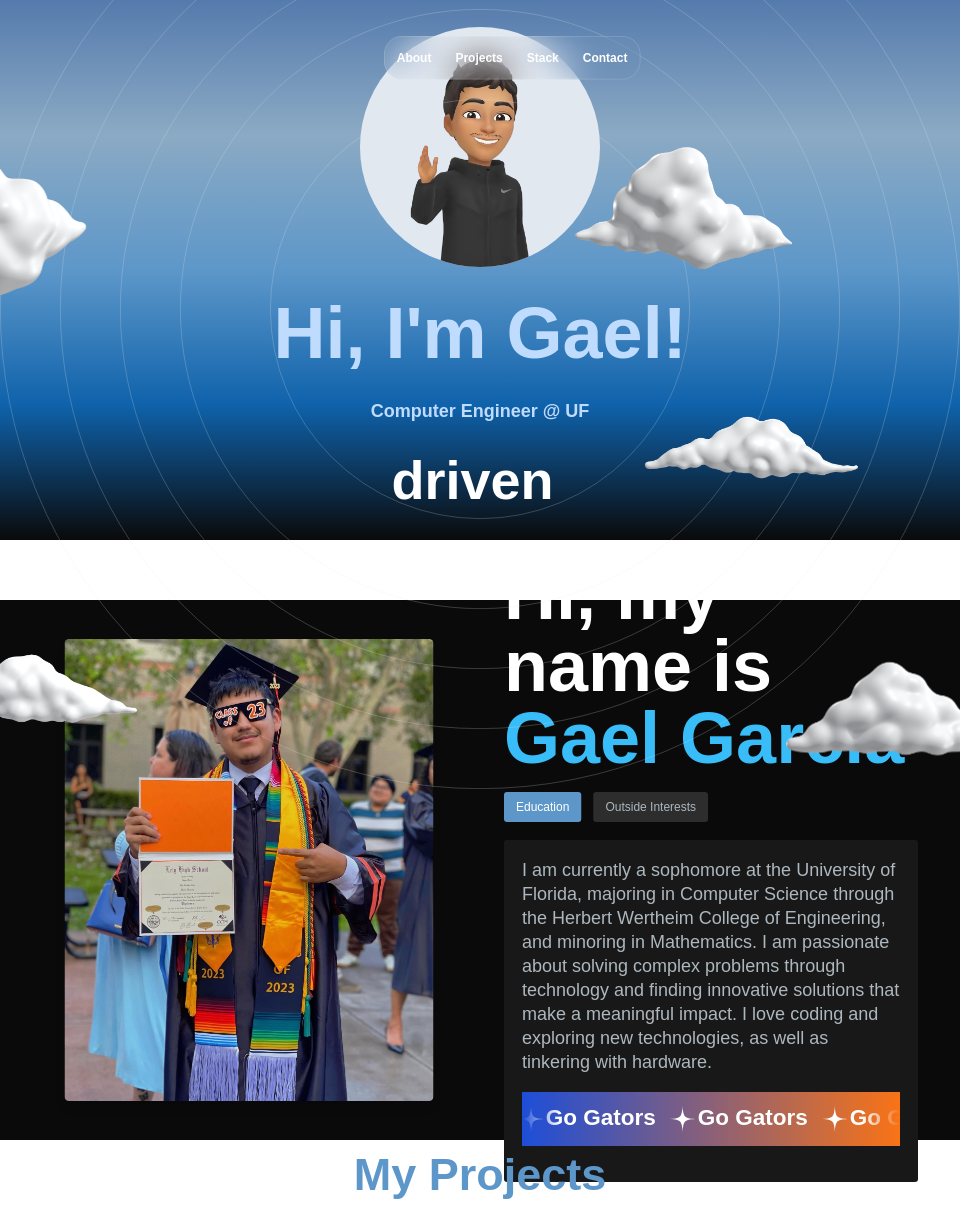
Repository: GG1627/2d-portfolio
Page: /
The author's editor kept a copy of each file at every save. The page is drawn from the files as they stood at one save, then again after the next save.
The browser window is 1280 px wide. The pictures show the part of the page from y = 0 to 1636 px (the page is 5640 px tall), at 75% of full size.
Pictures or frames that could not be fetched are drawn as grey boxes. The project was rebuilt for these pictures with package versions that can differ from the ones it lists, and the page was loaded fresh each time. The framework's server and built-in components were replaced by stand-ins that run in the browser. Also part of the build but not shown: next.config.ts.

Above is the page before, as saved 2025-01-08 13:07:43.

### app/page.tsx
import { Hero } from "./sections/Hero";
import { Stack } from "./sections/Stack";
import { Projects } from "./sections/Projects";
import { Navbar } from "./sections/Navbar";
import About from "./sections/About";
import { Contact } from "./sections/Contact";

export default function Home() {
  return (
    <div>
      <Navbar />
      <Hero />
      <About />
      <Projects />
      <Stack />
      <Contact />
    </div>
  );
}

### app/globals.css
@tailwind base;
@tailwind components;
@tailwind utilities;

:root {
  --background: #ffffff;
  --foreground: #171717;
}

@media (prefers-color-scheme: dark) {
  :root {
    --background: #0a0a0a;
    --foreground: #ededed;
  }
}

body {
  color: var(--foreground);
  background: var(--background);
  font-family: Arial, Helvetica, sans-serif;
}

/* Custom Animation for Sliding Text */
@keyframes move-left {
  0% {
    transform: translateX(0%);
  }
  100% {
    transform: translateX(-50%);
  }
}

.animate-slide-left {
  animation: move-left 10s linear infinite;
}

### app/sections/Hero.tsx
"use client";
import Image from "next/image";
import { TypeAnimation } from "react-type-animation";
import React from "react";
import ParallaxClouds from "../components/Clouds";
import Avatar from "./../assets/avatar.png";

export const Hero = () => {
  return (
    <div
      style={{
        background:
          "linear-gradient(180deg, #557BAD, #8BAAC4, #5D97C9, #0F62AB, #0a0a0a)",
      }}
      className="overflow-x-clip min-h-screen pb-2 flex items-center justify-center relative"
    >
      <div className="container mx-auto space-y-10 flex items-center justify-center flex-col text-center">
        <div className="w-[320px] h-[320px] rounded-full overflow-hidden bg-slate-200">
          <Image
            src={Avatar}
            alt="avatar"
            className="object-cover"
            width={320}
            height={320}
          />
        </div>
        <h1 className="text-blue-200 font-extrabold text-8xl">Hi, I'm Gael!</h1>
        <p className="text-blue-200 text-2xl font-semibold max-w-[500px]">
          Computer Engineer @ UF
        </p>
        <TypeAnimation
          className="text-7xl text-white inline-block font-extrabold"
          wrapper="h1"
          cursor={true}
          repeat={Infinity}
          sequence={[
            "leader",
            1000,
            "creative",
            1000,
            "passionate",
            1000,
            "driven",
            1000,
            "adaptable",
            1000,
            "ambitious",
            1000,
          ]}
        />
        <ParallaxClouds />
      </div>
    </div>
  );
};

### app/sections/Stack.tsx
"use client";
import React, { useEffect } from "react";
import {
  SiReact,
  SiNodedotjs,
  SiCplusplus,
  SiPython,
  SiThreedotjs,
  SiNextdotjs,
  SiFirebase,
  SiRedux,
  SiJavascript,
  SiTypescript,
} from "react-icons/si";
import { motion, useAnimation } from "framer-motion";
import { useInView } from "react-intersection-observer";

const stackItems = [
  {
    id: 1,
    name: "C++",
    icon: <SiCplusplus size={100} />,
    color: "text-sky-400",
  },
  {
    id: 2,
    name: "Python",
    icon: <SiPython size={100} />,
    color: "text-sky-400",
  },
  {
    id: 3,
    name: "JavaScript",
    icon: <SiJavascript size={100} />,
    color: "text-sky-400",
  },
  {
    id: 4,
    name: "TypeScript",
    icon: <SiTypescript size={100} />,
    color: "text-sky-400",
  },
  {
    id: 5,
    name: "React",
    icon: <SiReact size={100} />,
    color: "text-sky-400",
  },
  {
    id: 6,
    name: "Node.js",
    icon: <SiNodedotjs size={100} />,
    color: "text-sky-400",
  },
  {
    id: 7,
    name: "Three.js",
    icon: <SiThreedotjs size={100} />,
    color: "text-sky-400",
  },
  {
    id: 8,
    name: "Next.js",
    icon: <SiNextdotjs size={100} />,
    color: "text-sky-400",
  },
  {
    id: 9,
    name: "Firebase",
    icon: <SiFirebase size={100} />,
    color: "text-sky-400",
  },
  {
    id: 10,
    name: "Redux",
    icon: <SiRedux size={100} />,
    color: "text-sky-400",
  },
];

const itemVariants = {
  hidden: (index: number) => ({
    opacity: 0,
    x: index % 2 === 0 ? -100 : 100,
  }),
  visible: {
    opacity: 1,
    x: 0,
    transition: {
      duration: 3,
    },
  },
};

export const Stack = () => {
  const controls = useAnimation();
  const [ref, inView] = useInView({
    threshold: 0.1,
  });

  useEffect(() => {
    if (inView) {
      controls.start("visible");
    } else {
      controls.start("hidden");
    }
  }, [controls, inView]);

  return (
    <section className="">
      <div className=" max-w-[250px] mx-auto text-center">
        <h2 className="text-7xl text-gray-200 font-bold mb-10">My Stack</h2>
        <div className="grid gap-8" ref={ref}>
          {stackItems.map((item, index) => (
            <motion.div
              key={item.id}
              custom={index}
              initial="hidden"
              animate={controls}
              variants={itemVariants}
              className="bg-white/10 flex justify-center items-center flex-row rounded-xl shadow-lg p-4 hover:shadow-2xl"
            >
              <div className={`mb-4 ${item.color}`}>{item.icon}</div>
              <p className="text-white/20 text-3xl transform rotate-[-90deg]">
                {item.name}
              </p>
            </motion.div>
          ))}
        </div>
      </div>
    </section>
  );
};

### app/sections/Projects.tsx
import React from "react";
import ProjectCard from "../components/ProjectCard";

const projectsData = [
  {
    id: 1,
    title: "3D Portfolio",
    description:
      "An immersive, fully interactive 3D portfolio that seamlessly integrates 2D elements, providing a dynamic and engaging experience for users to explore the app in a visually compelling environment.",
    image: "images/netflix.png",
    tag: ["All", "Web"],
    gitUrl: "/",
    previewUrl: "/",
    tools: [
      "TypeScript",
      "React",
      "React-Three-Fiber",
      "Three.js",
      "GSAP",
      "HTML",
      "CSS",
    ],
  },
  {
    id: 2,
    title: "2D Portfolio",
    description:
      "A dynamic portfolio featuring engaging animations, designed to serve as a 2D component within my 3D portfolio project.",
    image: "images/netflix.png",
    tag: ["All", "Web"],
    gitUrl: "/",
    previewUrl: "/",
    tools: [
      "TypeScript",
      "React",
      "Next.js",
      "Framer Motion",
      "Parallax",
      "HTML",
      "Tailwind CSS",
      "Vercel",
    ],
  },
  {
    id: 3,
    title: "Netflix Clone",
    description:
      "Developed a fully functional Netflix clone with user authentication, movie browsing, subscription management, and recurring payments, delivering an immersive streaming experience.",
    image: "images/netflix.png",
    tag: ["All", "Web"],
    gitUrl: "https://github.com/GG1627/Netflix-clone",
    previewUrl: "https://movieappv2-8361c.web.app/",
    tools: [
      "JavaScript",
      "React",
      "Redux",
      "Firebase",
      "Stripe",
      "API",
      "HTML",
      "CSS",
    ],
  },
  {
    id: 4,
    title: "Game Twin",
    description:
      "Developed a web application that uses Quick Sort and Cocktail Sort algorithms to provide personalized video game recommendations based on parameters such as Metacritic ratings and achievements, leveraging a dataset of over 470,000 games.",
    image: "images/gameTwin.png",
    tag: ["All", "Web"],
    gitUrl: "https://github.com/GG1627/Game-Twin",
    previewUrl: "https://game-twin.onrender.com/",
    tools: ["C++", "Python", "Django", "Flask", "HTML", "CSS"],
  },
  {
    id: 5,
    title: "Manim Data Structures",
    description:
      "Collaborating on an open-source project to develop a Python plugin with the Manim library for animating and visualizing data structures, enhancing the understanding of complex algorithms.",
    image: "images/manim.png",
    tag: ["All", "Web"],
    gitUrl: "https://github.com/ufosc/manim-data-structures",
    previewUrl: "",
    tools: ["Python", "Manim", "Mobjects"],
  },
  {
    id: 6,
    title: "Minesweeper",
    description:
      "Recreated the classic Minesweeper game with full functionality, including a timer, mine count, flag placement, and leaderboard, offering an engaging and complete user experience.",
    image: "images/minesweeper.png",
    tag: ["All", "Web"],
    gitUrl: "https://github.com/GG1627/MineSweeper",
    previewUrl: "",
    tools: ["C++", "SFML", "Chronos"],
  },
];

export const Projects = () => {
  return (
    <>
      <h2 className="text-center text-6xl font-bold text-[#5D97C9] mt-4 mb-10">
        My Projects
      </h2>
      <div className="grid md:grid-cols-3 gap-8 md:gap-12 px-10">
        {projectsData.map((project) => (
          <ProjectCard
            key={project.id}
            title={project.title}
            description={project.description}
            imgUrl={project.image}
            gitUrl={project.gitUrl}
            previewUrl={project.previewUrl}
            tools={project.tools}
          />
        ))}
      </div>
    </>
  );
};

### app/sections/Navbar.tsx
"use client";
import React, { useState } from "react";
import { AiOutlineMenu, AiOutlineClose } from "react-icons/ai";
import { motion } from "framer-motion";

const navLinks = [
  { title: "About", path: "#about" },
  { title: "Projects", path: "#Projects" },
  { title: "Stack", path: "#Stack" },
  { title: "Contact", path: "#Contact" },
];

export const Navbar = () => {
  const [nav, setNav] = useState(false);

  const toggleNav = () => {
    setNav(!nav);
  };

  const closeNav = () => {
    setNav(false);
  };

  const menuVariants = {
    open: {
      x: 0,
      transition: {
        stiffness: 20,
        damping: 15,
      },
    },
    close: {
      x: "-100%",
      transition: {
        stiffness: 20,
        damping: 15,
      },
    },
  };

  return (
    <div className="z-50 fixed left-[40%] text-white font-bold">
      <div className="border border-white/20 mt-12 backdrop-blur-xl rounded-3xl hidden md:flex items-center justify-center p-2 max-w-[400px] mx-auto">
        <ul className="flex flex-row p-2 space-x-8">
          {navLinks.map((link, index) => (
            <li key={index}>
              <a
                href={link.path}
                className="transform hover:skew-x-12 hover:text-white/50 transition-all duration-300 ease-in-out"
              >
                {link.title}
              </a>
            </li>
          ))}
        </ul>
      </div>

      <div
        onClick={toggleNav}
        className="z-50 md:hidden absolute top-5 left-5 border rounded text-white/70 border-white/70 p-2"
      >
        {nav ? <AiOutlineClose size={30} /> : <AiOutlineMenu size={30} />}
      </div>

      <motion.div
        initial={false}
        animate={nav ? "open" : "closed"}
        variants={menuVariants}
        className="fixed left-0 top-0 w-full h-full bg-black/90 hidden md:hidden"
      >
        <ul className="flex flex-col items-center justify-center space-y-8 h-full">
          {navLinks.map((link, index) => (
            <li key={index}>
              <a href={link.path} onClick={closeNav} className="text-5xl">
                {link.title}
              </a>
            </li>
          ))}
        </ul>
      </motion.div>
    </div>
  );
};

### app/sections/About.tsx
"use client";
import React, { Fragment, useState } from "react";
import StarIcon from "../assets/star.svg";

const About: React.FC = () => {
  const slidingText = [
    "Go Gators",
    "Go Gators",
    "Go Gators",
    "Go Gators",
    "Go Gators",
    "Go Gators",
    "Go Gators",
  ];

  const [activeTab, setActiveTab] = useState<"education" | "interests">(
    "education"
  );

  const handleTabClick = (tab: "education" | "interests") => {
    setActiveTab(tab);
  };

  return (
    <div className="h-screen flex flex-col md:flex-row p-6 bg-[#0a0a0a] text-white mt-20">
      {/* Left Section: Profile Picture */}
      <div className="flex-grow md:flex-grow-0 md:basis-1/2 flex items-center justify-center">
        <img
          src="/images/pic.jpg"
          alt="Gael's Picture"
          className="w-[90%] h-auto md:w-[80%] md:h-auto rounded-md object-cover shadow-lg"
        />
      </div>

      {/* Right Section: Content */}
      <div className="flex-grow md:basis-1/2 flex flex-col justify-center items-start p-8">
        {/* Greeting */}
        <h1 className="text-8xl font-bold mb-6">
          Hi, my name is
          <span className="text-sky-400"> Gael Garcia</span>
        </h1>

        {/* Tabs */}
        <div className="flex space-x-4 mb-6 ">
          <button
            className={`px-4 py-2 rounded ${
              activeTab === "education"
                ? "bg-[#5D97C9] text-white"
                : "bg-[#2D2D2D] text-[#ADB7BE]"
            }`}
            onClick={() => handleTabClick("education")}
          >
            Education
          </button>
          <button
            className={`px-4 py-2 rounded ${
              activeTab === "interests"
                ? "bg-[#5D97C9] text-white"
                : "bg-[#2D2D2D] text-[#ADB7BE]"
            }`}
            onClick={() => handleTabClick("interests")}
          >
            Outside Interests
          </button>
        </div>

        {/* Tab Content */}
        <div className="p-6 rounded bg-[#181818] w-full">
          {activeTab === "education" ? (
            <div>
              <p className="text-[#ADB7BE] text-2xl">
                I am currently a sophomore at the University of Florida,
                majoring in Computer Science through the Herbert Wertheim
                College of Engineering, and minoring in Mathematics. I am
                passionate about solving complex problems through technology and
                finding innovative solutions that make a meaningful impact. I
                love coding and exploring new technologies, as well as tinkering
                with hardware.
              </p>

              <div className="py-6">
                <div className="bg-gradient-to-r from-blue-700 to-orange-500 overflow-x-clip">
                  <div
                    className="flex"
                    style={{
                      WebkitMaskImage:
                        "linear-gradient(to right, transparent, black 10%, black 90%, transparent)",
                      maskImage:
                        "linear-gradient(to right, transparent, black 10%, black 90%, transparent)",
                    }}
                  >
                    <div className="flex-none gap-4 py-4 items-center justify-center animate-move-left">
                      {[...new Array(2)].fill(0).map((_, idx) => (
                        <Fragment key={idx}>
                          {slidingText.map((text, index) => (
                            <div key={index} className="inline-flex gap-4">
                              <span
                                key={index}
                                className="text-white font-semibold text-3xl"
                              >
                                {text}
                              </span>
                              <StarIcon className="size-10 text-white" />
                            </div>
                          ))}
                        </Fragment>
                      ))}
                    </div>
                  </div>
                </div>
              </div>
            </div>
          ) : (
            <div>
              <p className="text-[#ADB7BE] text-xl">
                Outside of my studies, I enjoy playing pickleball, eating tacos,
                and watching soccer. Music is a big part of my life, and I love
                discovering new songs and artists that match my mood. Spending
                quality time with friends and family is also something I deeply
                value, whether it's sharing a meal, watching a game, or just
                catching up on life.
              </p>
            </div>
          )}
        </div>
      </div>
    </div>
  );
};

export default About;

### app/sections/Contact.tsx
export const Contact = () => {
  return <div className="w-full h-screen">Contact</div>;
};

### app/components/ProjectCard.tsx
"use client";
import React from "react";
import { CodeBracketIcon, EyeIcon } from "@heroicons/react/24/outline";
import Link from "next/link";

interface ProjectCardProps {
  imgUrl: string;
  title: string;
  description: string;
  gitUrl: string;
  previewUrl: string;
  tools: string[]; // tools as an array of strings
}

const ProjectCard: React.FC<ProjectCardProps> = ({
  imgUrl,
  title,
  description,
  gitUrl,
  previewUrl,
  tools,
}) => {
  return (
    <div>
      <div
        className="h-52 md:h-72 rounded-t-xl relative group"
        style={{ background: `url(${imgUrl})`, backgroundSize: "cover" }}
      >
        <div className="overlay items-center justify-center absolute top-0 left-0 w-full h-full bg-[#181818] bg-opacity-0 hidden group-hover:flex group-hover:bg-opacity-80 transition-all duration-500">
          <Link
            href={gitUrl}
            className="h-14 mr-2 w-14 border-2 relative rounded-full border-[#ADB7BE] hover:border-white group/link"
          >
            <CodeBracketIcon className="h-10 w-10 text-[#ADB7BE] absolute top-1/2 left-1/2 transform -translate-x-1/2 -translate-y-1/2 cursor-pointer group-hover/link:text-white" />
          </Link>
          {previewUrl && (
            <Link
              href={previewUrl}
              className="h-14 w-14 border-2 relative rounded-full border-[#ADB7BE] hover:border-white group/link"
            >
              <EyeIcon className="h-10 w-10 text-[#ADB7BE] absolute top-1/2 left-1/2 transform -translate-x-1/2 -translate-y-1/2 cursor-pointer group-hover/link:text-white" />
            </Link>
          )}
        </div>
      </div>
      <div className="text-white rounded-b-xl mt-2 bg-[#0a0a0a] py-6 px-4">
        <h5 className="text-xl font-semibold mb-2 text-[#5D97C9]">{title}</h5>
        <p className="text-[#ADB7BE]">{description}</p>
        {/* Tools section */}
        <div className="mt-4">
          <h6 className="text-[#ADB7BE] font-semibold mb-2">Tools Used:</h6>
          <div className="flex flex-wrap gap-2">
            {tools.map((tool, index) => (
              <span
                key={index}
                className="bg-[#5D97C9] bg-opacity-[10%] text-[#5D97C9] px-4 py-1 rounded-full text-sm"
              >
                {tool}
              </span>
            ))}
          </div>
        </div>
      </div>
    </div>
  );
};

export default ProjectCard;

### app/components/Circles.tsx
export const Circles = () => {
  return (
    <>
      <div className="aspect-square absolute opacity-30 top-1/2 left-1/2 w-[60rem] border rounded-full -translate-x-1/2 -translate-y-1/2"></div>
      <div className="aspect-square absolute opacity-30 top-1/2 left-1/2 w-[50rem] border rounded-full -translate-x-1/2 -translate-y-1/2"></div>
      <div className="aspect-square absolute opacity-30 top-1/2 left-1/2 w-[35rem] border rounded-full -translate-x-1/2 -translate-y-1/2"></div>
      {/* <div className="aspect-square absolute opacity-30 top-1/2 left-1/2 w-[20rem] border rounded-full -translate-x-1/2 -translate-y-1/2"></div> */}
      <div className="aspect-square absolute opacity-30 top-1/2 left-1/2 w-[70rem] border rounded-full -translate-x-1/2 -translate-y-1/2"></div>
      <div className="aspect-square absolute opacity-30 top-1/2 left-1/2 w-[80rem] border rounded-full -translate-x-1/2 -translate-y-1/2"></div>
    </>
  );
};

### tailwind.config.ts
import type { Config } from "tailwindcss";

export default {
  content: [
    "./pages/**/*.{js,ts,jsx,tsx,mdx}",
    "./components/**/*.{js,ts,jsx,tsx,mdx}",
    "./app/**/*.{js,ts,jsx,tsx,mdx}",
  ],
  theme: {
    extend: {
      colors: {
        background: "var(--background)",
        foreground: "var(--foreground)",
      },
      animation: {
        "move-left": "move-left 10s linear infinite",
      },

      keyframes: {
        "move-left": {
          "0%": {
            transform: "translateX(0%)",
          },
          "100%": {
            transform: "translateX(-50%)",
          },
        },
      },
    },
    screens: {
      sm: "640px",
      md: "768px",
      lg: "1024px",
      xl: "1280px",
    },
  },
  plugins: [],
} satisfies Config;

Loaded but not shown: app/layout.tsx (common file); app/components/Clouds.tsx (129 lines, source omitted)

After the next save:
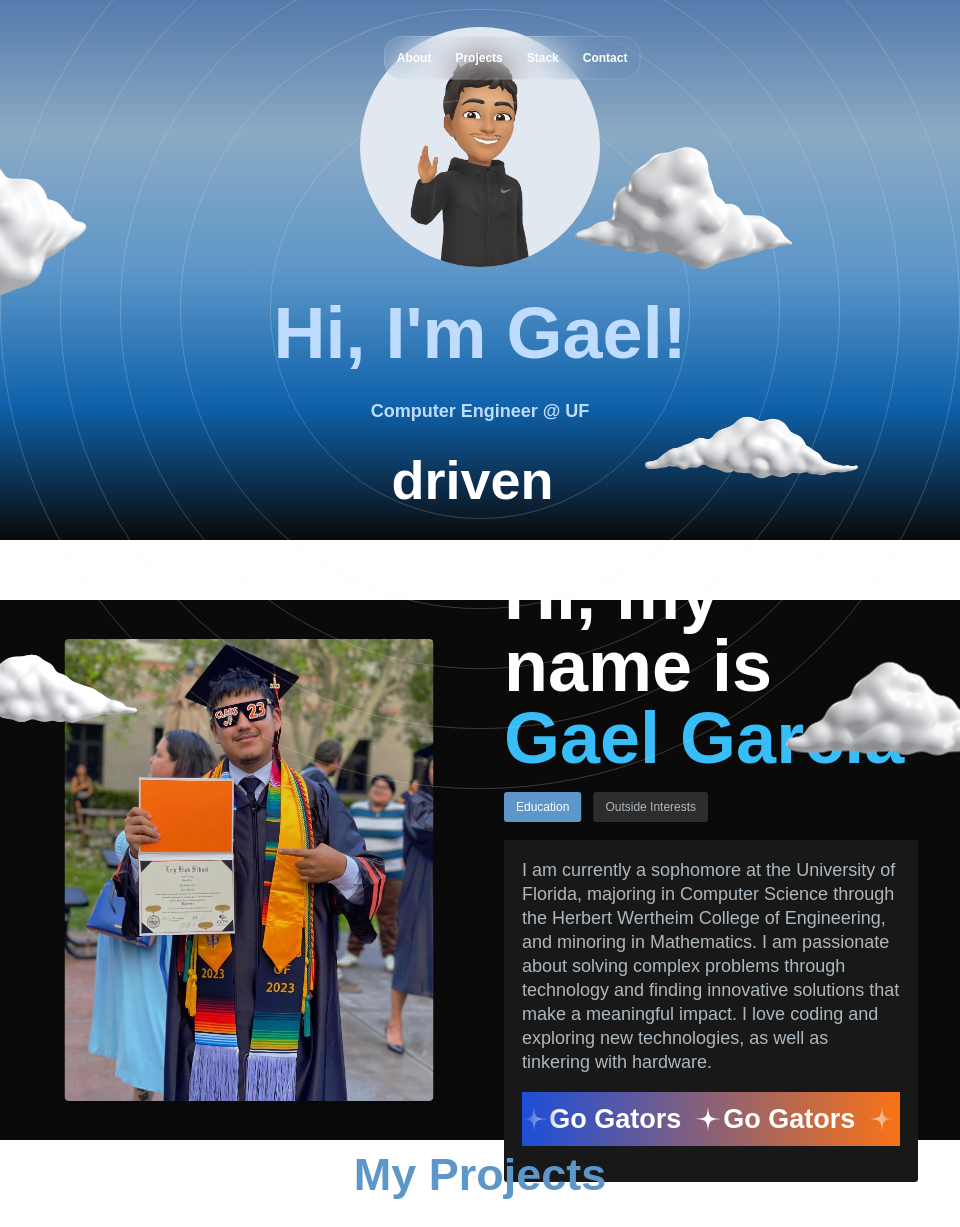
Saved 4 s later.
--- a/app/sections/About.tsx
+++ b/app/sections/About.tsx
@@ -96,7 +96,7 @@
                             <div key={index} className="inline-flex gap-4">
                               <span
                                 key={index}
-                                className="text-white font-semibold text-3xl"
+                                className="text-white font-semibold text-4xl"
                               >
                                 {text}
                               </span>
